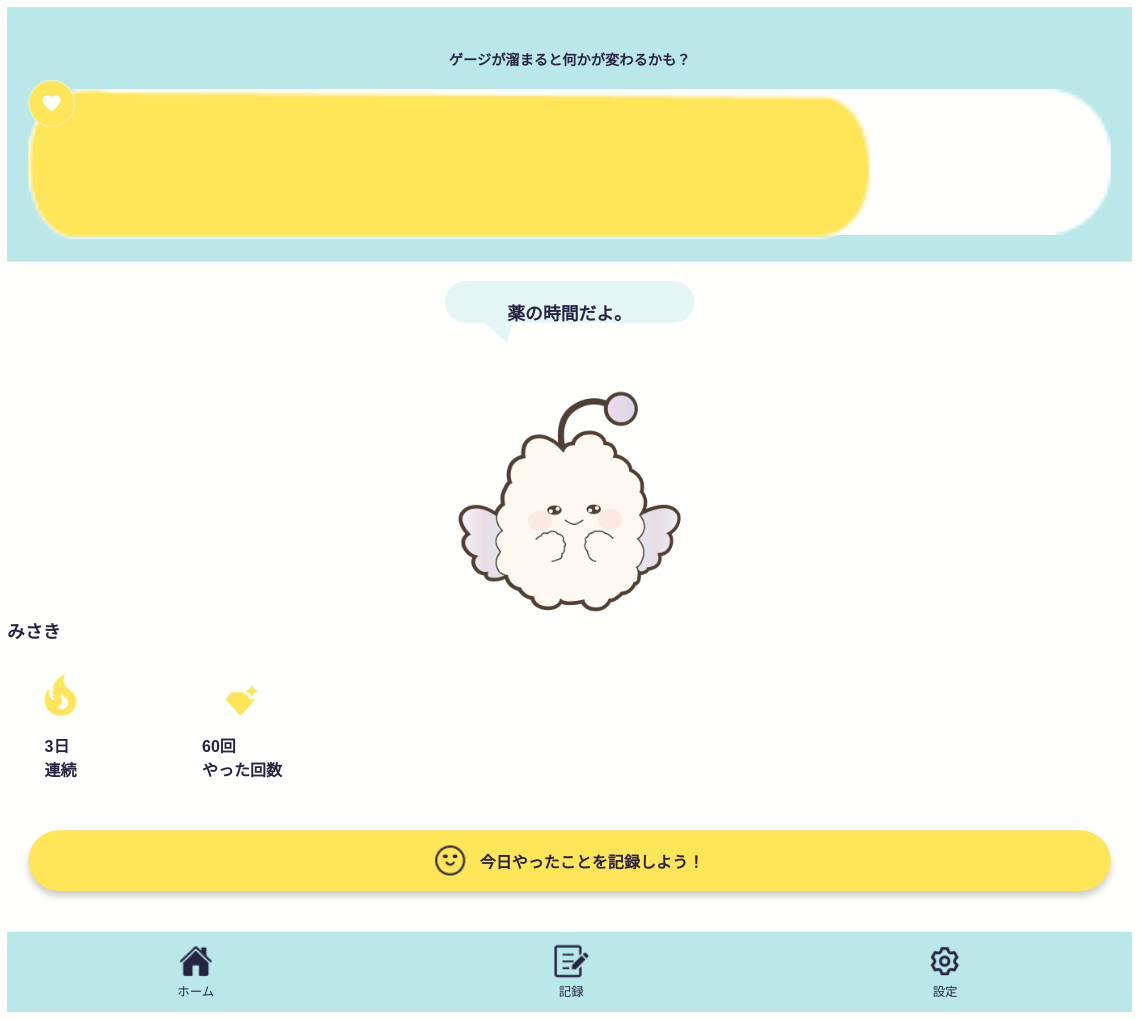
Repository: misaki0919/Self-care
Page: home_page.html
An editor plug-in stored every save of this project. The page is shown before and after the next save, followed by the edit.
The browser window is 1280 px wide. The pictures show the whole page, at 89% of full size.
Some web fonts or font styles are not loaded; a fallback is used.

Above is the page before, as saved 2026-07-20 19:45:27.

### home_page.html
<!DOCTYPE html>
<html lang="jp">
<head>
    <meta charset="UTF-8">
    <meta name="viewport" content="width=device-width, initial-scale=1.0">
    <title>ホーム画面</title>
    <link href="css/home_page.css" rel="stylesheet">
    <link rel="preconnect" href="https://fonts.googleapis.com">
    <link rel="preconnect" href="https://fonts.gstatic.com" crossorigin>
    <link href="https://fonts.googleapis.com/css2?family=Archivo+Black&family=Noto+Serif+JP:wght@200..900&family=Zen+Maru+Gothic&display=swap" rel="stylesheet">

</head>
<body>
    <div class="header-wrap">
        <p class="ge-ji zen-maru-gothic-regular">ゲージが溜まると何かが変わるかも？</p>
        <section class="images-wrap-1">
            <img src="images/Ellipse 17.png" alt="黄色の丸">
            <img src="images/heart.png" alt="ハート">
        </section>
        <section class="images-wrap-2">
            <img src="images/Rectangle 5.png" alt="白">
            <img src="images/Vector 1.png" alt="黄色">
        </section>
    </div>

    <div class="word-wrap">
        <img src="images/speech_bubble.png" alt="セリフ">
        <p class="time zen-maru-gothic-regular" >薬の時間だよ。</p>
    </div>

    <img src="images/big_sowan.png" alt="ソワンちゃん">
    <p class="name zen-maru-gothic-regular">みさき</p>

    <div class="continue-wrap">
        <img src="images/Vector.png" alt="炎">
        <p class="continue zen-maru-gothic-regular">3日<br>連続</p>
    </div>

    <div class="did-wrap">
        <img src="images/kira.png" alt="ダイヤモンド">
        <p class="did zen-maru-gothic-regular">60回<br>やった回数</p>
    </div>

    <div class="record-wrap">
        <a href="record.html">
            <img src="images/smile.png" alt="笑顔">
            <p class="today-record zen-maru-gothic-regular">今日やったことを記録しよう！</p>
        </a>
    </div>

    <div class="footer-wrap">
        <div class="home">
            <img src="images/home.png" alt="ホーム">
            <p>ホーム</p>
        </div>
        <div class="record">
            <img src="images/record.png" alt="記録">
            <p>記録</p>
        </div>
        <div class="setting">
            <img src="images/setting.png" alt="設定">
            <p>設定</p>
        </div>
    </div>
</body>
</html>

### css/home_page.css
body{
    background-color: #FFFFFE;
    color: #272343;
    /* padding-left: 24px;
    padding-right: 24px; */
}
.zen-maru-gothic-regular {
    font-family: "Zen Maru Gothic", sans-serif;
    font-weight: 600;
    font-style: normal;
}
/* .header-wrap{
    background-color: #BAE8E8;
    width: 428px;
    height: 170px;
    .ge-ji{
        text-align: center;
        padding: 69px;
        font-size: 14px;
    }
    .images-wrap-1{
        background-color: tomato;

    }
} */


.header-wrap{
    background:#BAE8E8;
    padding:30px 24px;
}

.ge-ji{
    font-size:16px;
    margin-bottom:12px;
    text-align: center;
}

.images-wrap-1{
    display:flex;
    align-items:center;
    margin-bottom:-42px;
    position:relative;
    z-index:2;
}

.images-wrap-1 img:first-child{
    width:52px;
    height:52px;
}

.images-wrap-1 img:last-child{
    width:24px;
    position:absolute;
    left:14px;
}

.images-wrap-2{
    position:relative;
}

.images-wrap-2 img:first-child{
    width:100%;
    display:block;
}

.images-wrap-2 img:last-child{
    position:absolute;
    left:0;
    top:0;
    width:78%;
}

/* ===== 吹き出し ===== */

.word-wrap{
    position:relative;
    width:280px;
    margin:22px auto 46px;
}

.word-wrap img{
    width:100%;
    display:block;
}

.word-wrap p{
    position:absolute;
    top:20px;
    left:50%;
    transform:translateX(-50%);
    margin:0;
    font-size:20px;
    font-weight:bold;
}

/* ===== キャラクター ===== */

body>img{
    width:250px;
    display:block;
    margin:0 auto;
}

.name{
    font-size:20px;
    margin-top:7px;
    margin-bottom:35px;
}

/* ===== 実績 ===== */

.continue-wrap,
.did-wrap{
    width:120px;
    display:inline-flex;
    flex-direction:column;
    align-items:center;
}

.continue-wrap{
    margin-right:40px;
}

.did-wrap{
    margin-left:40px;
}

.continue-wrap img,
.did-wrap img{
    width:36px;
    margin-bottom:4px;
}

.continue,
.did{
    font-size:18px;
    line-height:1.5;
}

/* ===== ボタン ===== */

.record-wrap{
    margin:35px 24px 46px;
}

.record-wrap a{
    background:#FFE558;
    border-radius:50px;
    height:68px;
    display:flex;
    align-items:center;
    justify-content:center;
    text-decoration:none;
    color:#272343;
    box-shadow:0 6px 8px rgba(0,0,0,.2);
}

.record-wrap img{
    width:34px;
    margin-right:16px;
}

.today-record{
    font-size:18px;
    font-weight:bold;
}

/* ===== フッター ===== */

.footer-wrap{
    background:#BAE8E8;
    height:90px;
    display:flex;
    justify-content:space-around;
    align-items:center;
}

.footer-wrap div{
    display:flex;
    flex-direction:column;
    align-items:center;
    color:#272343;
}

.footer-wrap img{
    width:38px;
    margin-bottom:4px;
}

.footer-wrap p{
    margin:0;
    font-size:14px;
}

After the next save:
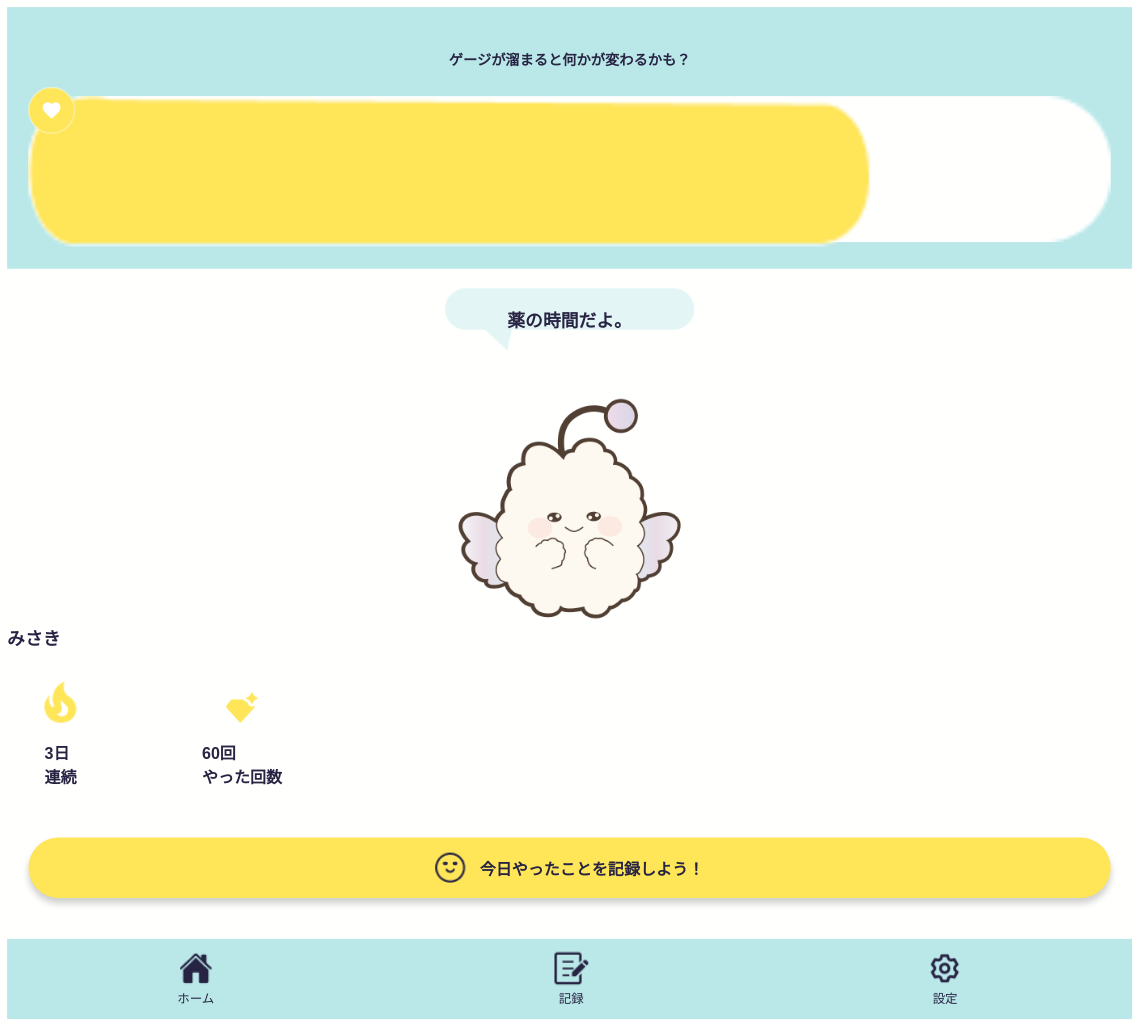
Saved 24 s later.
--- a/css/home_page.css
+++ b/css/home_page.css
@@ -32,7 +32,7 @@ body{
 
 .ge-ji{
     font-size:16px;
-    margin-bottom:12px;
+    margin-bottom:20px;
     text-align: center;
 }
 

After the save that followed:
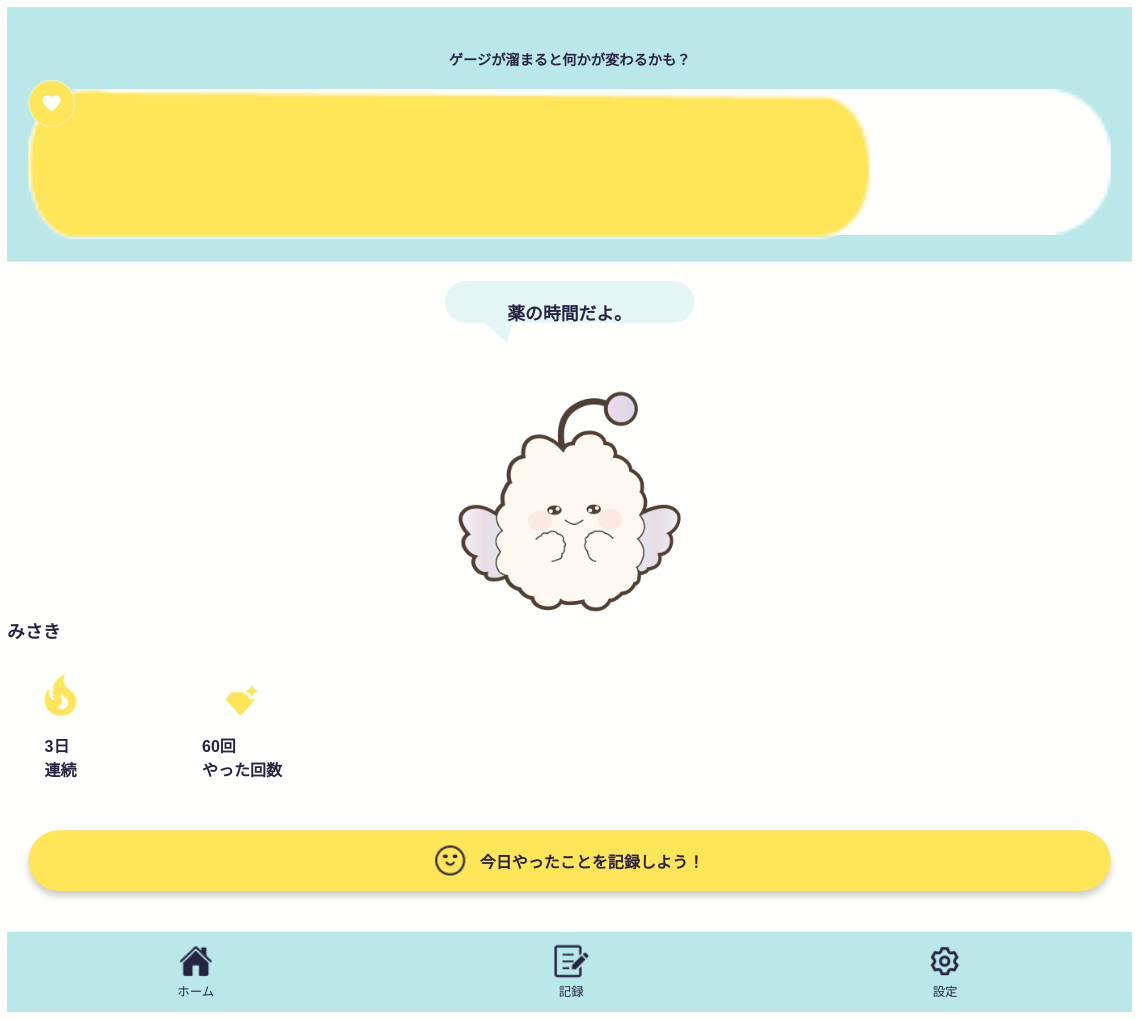
Saved 4 s later.
--- a/css/home_page.css
+++ b/css/home_page.css
@@ -32,7 +32,7 @@ body{
 
 .ge-ji{
     font-size:16px;
-    margin-bottom:20px;
+    margin-bottom:12px;
     text-align: center;
 }
 
